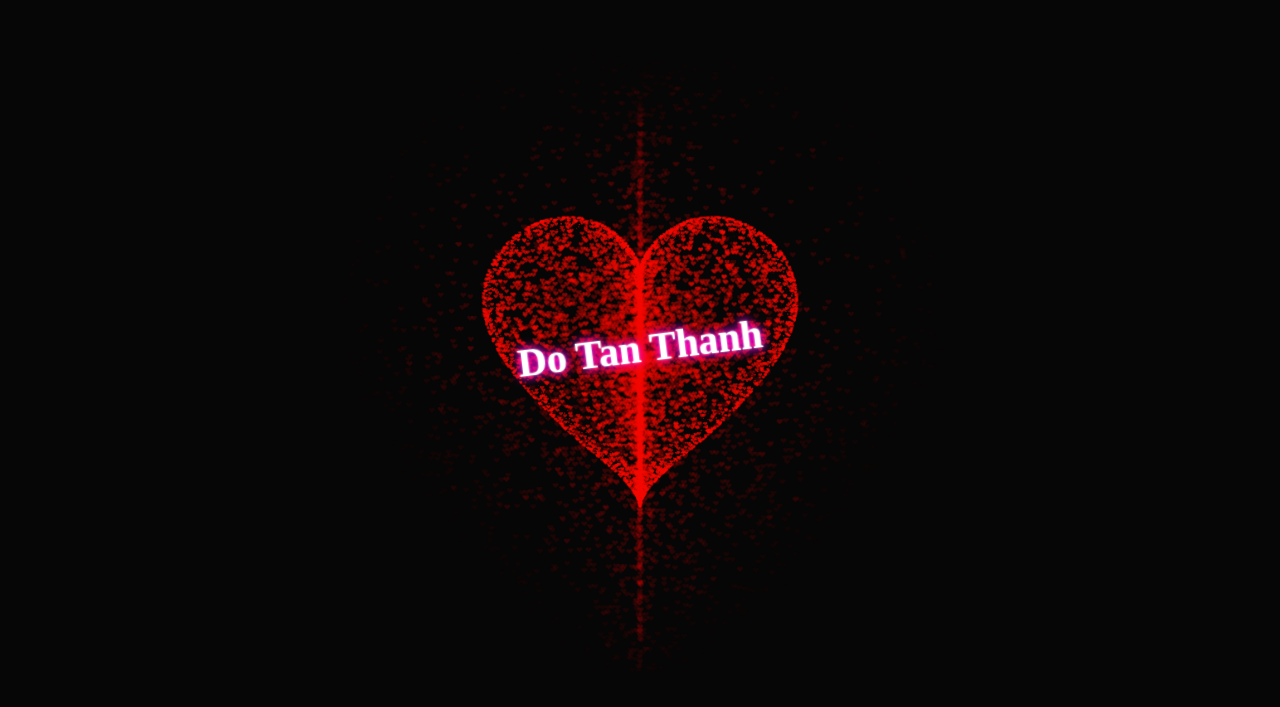
Repository: buivinhk1/Heart
Page: heart.html
An editor plug-in stored every save of this project. The page is shown before and after the next save, followed by the edit.
The browser window is 1280 px wide. The pictures show the whole page.
Some web fonts or font styles are not loaded; a fallback is used.

Above is the page before, as saved 2023-02-11 20:48:09.

After the next save:
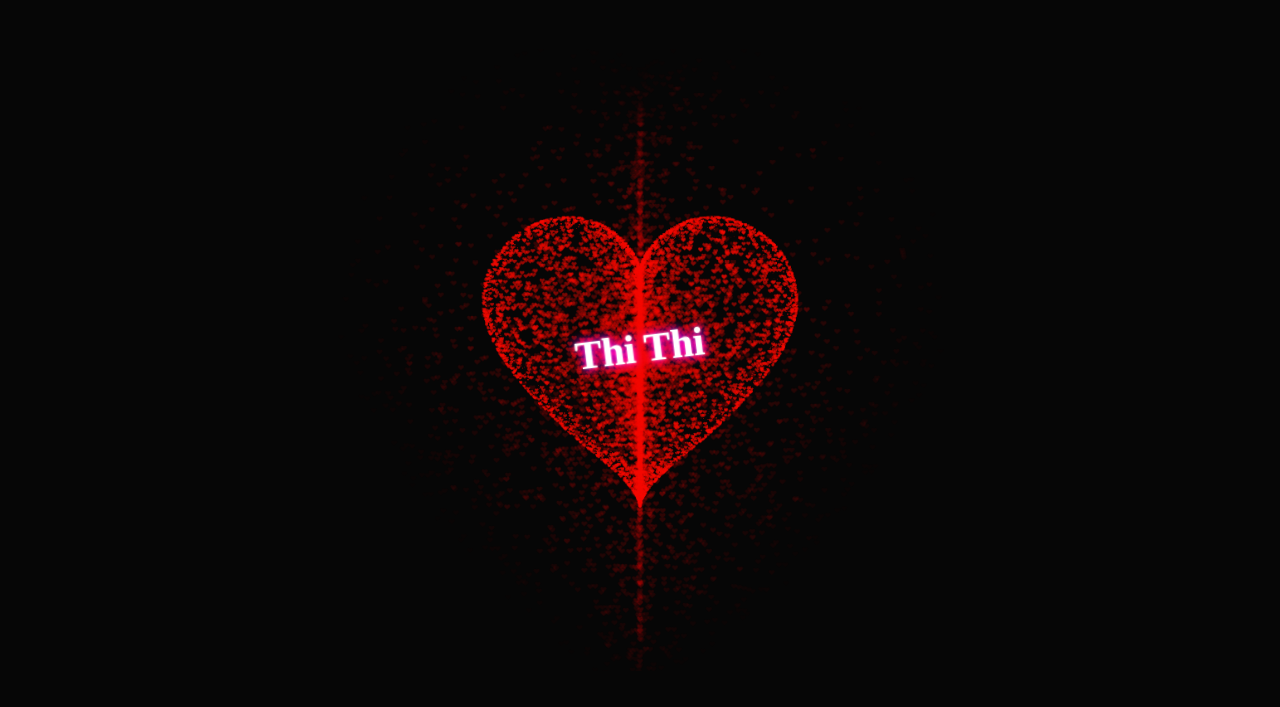
Saved 34 s later.
--- a/heart.html
+++ b/heart.html
@@ -2,7 +2,7 @@
 <HTML>
 
 <HEAD>
-    <TITLE> MINH IT </TITLE>
+    <TITLE> Vinh Đức Bùi </TITLE>
     <META NAME="Generator" CONTENT="EditPlus">
     <META NAME="Author" CONTENT="">
     <META NAME="Keywords" CONTENT="">
@@ -30,7 +30,7 @@
         <canvas id="pinkboard"></canvas>
 
     </div>
-    <h1 class="name">Do Tan Thanh</h1>
+    <h1 class="name">Thi Thi</h1>
     <script>
         var settings = {
             particles: {
